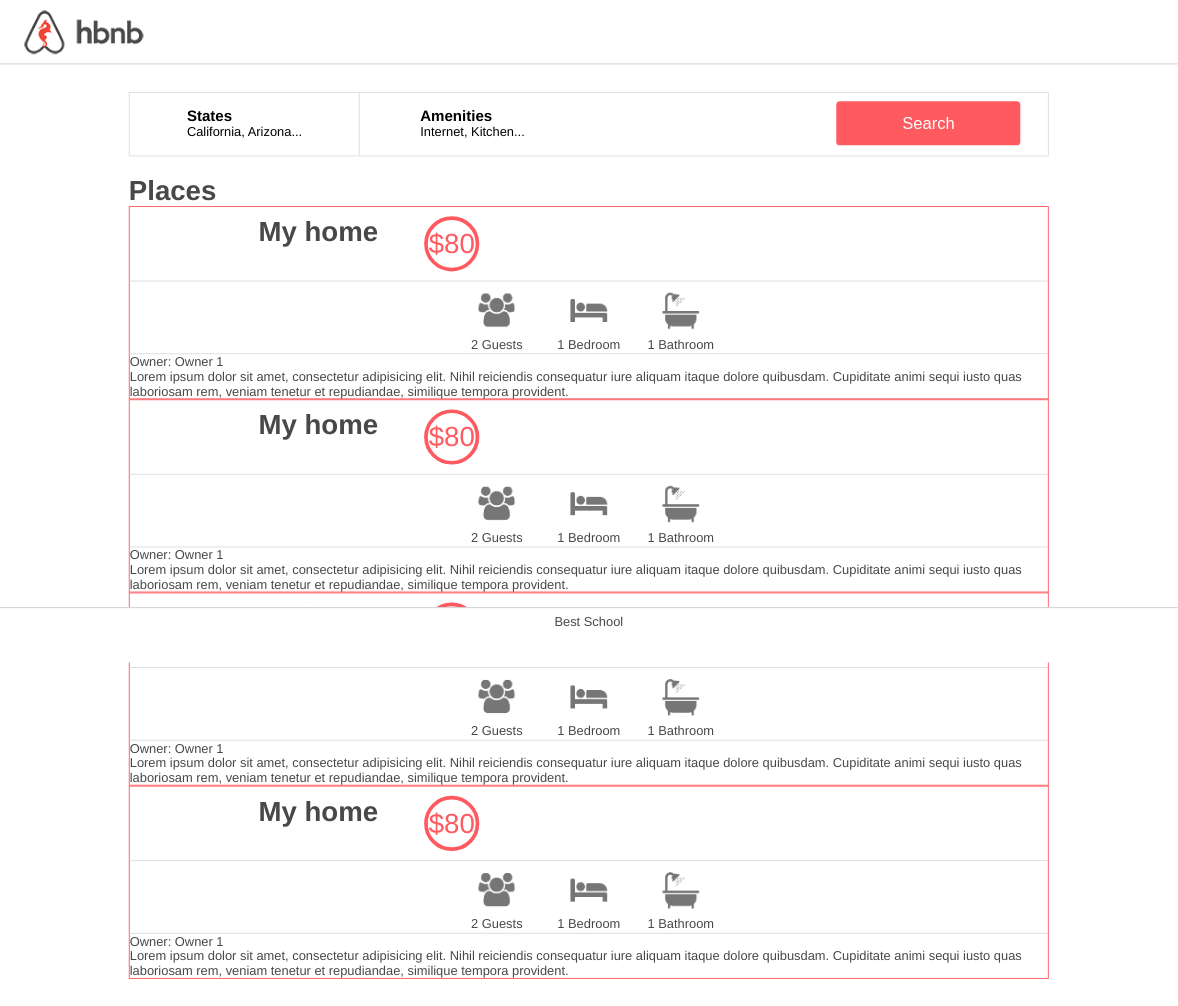
Repository: Eng-0marleves/AirBnB_clone
Page: web_static/8-index.html
These files come from the project's save history. The page is drawn as it stood at one moment and after the next save; the edit follows.
The browser window is 1280 px wide. The pictures show the whole page, at 92% of full size.

Above is the page before, as saved 2023-12-18 07:13:00.

### web_static/8-index.html
<!DOCTYPE html>
<html lang="en">

<head>
	<meta charset="UTF-8">
	<meta name="viewport" content="width=device-width, initial-scale=1.0">
	<title>AirBnB Clone</title>
	<link rel="icon" href="images/icon.png">

	<link rel="stylesheet" href="styles/4-common.css">
	<link rel="stylesheet" href="styles/3-header.css">
	<link rel="stylesheet" href="styles/3-footer.css">
	<link rel="stylesheet" href="styles/6-filters.css">
	<link rel="stylesheet" href="styles/8-places.css">
</head>

<body>
	<header>
		<div class="logo"></div>
	</header>

	<div class="container">
		<section class="filters">
			<div class="locations">
				<h3 class="title">States</h3>
				<h4 class="subtitle">California, Arizona...</h4>
				<div class="dropdowen">
					<h3>Arizona:</h3>
					<ul class="popover">
						<li>
							<h4>Page 1</h4>
							<h4>Page 2</h4>
						</li>
						<h3>Arizona:</h3>
						<li>
							<h4>San Francisco</h4>
							<h4>Los Altos</h4>
						</li>
					</ul>
				</div>
			</div>
			<div class="amenities">
				<h3 class="title">Amenities</h3>
				<h4 class="subtitle">Internet, Kitchen...</h4>
				<div class="dropdowen">
					<ul>
						<h3>Internet:</h3>
						<li>
							<h4>TV</h4>
						</li>
						<h3>Kitchen:</h3>
						<li>
							<h4>Iron</h4>
						</li>
					</ul>
				</div>
			</div>
			<button>Search</button>
		</section>
		<section class="places">
			<h1>Places</h1>
			<div class="places-container">
				<article>
					<div class="header">
						<h2>My home</h2>
						<div class="price_by_night">
							$80
						</div>
					</div>
					<div class="information">
						<div class="max_guest">
							<img src="images/icon_group.png" alt="">
							<p>2 Guests</p>
						</div>
						<div class="number_rooms">
							<img src="images/icon_bed.png" alt="">
							<p>1 Bedroom</p>
						</div>
						<div class="number_bathrooms">
							<img src="images/icon_bath.png" alt="">
							<p>1 Bathroom</p>
						</div>
					</div>
					<div class="user">
						Owner: Owner 1
					</div>
					<div class="description">
						Lorem ipsum dolor sit amet, consectetur adipisicing elit. Nihil reiciendis consequatur iure
						aliquam itaque dolore quibusdam. Cupiditate animi sequi iusto quas laboriosam rem, veniam
						tenetur et repudiandae, similique tempora provident.
					</div>
				</article>
				<article>
					<div class="header">
						<h2>My home</h2>
						<div class="price_by_night">
							$80
						</div>
					</div>
					<div class="information">
						<div class="max_guest">
							<img src="images/icon_group.png" alt="">
							<p>2 Guests</p>
						</div>
						<div class="number_rooms">
							<img src="images/icon_bed.png" alt="">
							<p>1 Bedroom</p>
						</div>
						<div class="number_bathrooms">
							<img src="images/icon_bath.png" alt="">
							<p>1 Bathroom</p>
						</div>
					</div>
					<div class="user">
						Owner: Owner 1
					</div>
					<div class="description">
						Lorem ipsum dolor sit amet, consectetur adipisicing elit. Nihil reiciendis consequatur iure
						aliquam itaque dolore quibusdam. Cupiditate animi sequi iusto quas laboriosam rem, veniam
						tenetur et repudiandae, similique tempora provident.
					</div>
				</article>
				<article>
					<div class="header">
						<h2>My home</h2>
						<div class="price_by_night">
							$80
						</div>
					</div>
					<div class="information">
						<div class="max_guest">
							<img src="images/icon_group.png" alt="">
							<p>2 Guests</p>
						</div>
						<div class="number_rooms">
							<img src="images/icon_bed.png" alt="">
							<p>1 Bedroom</p>
						</div>
						<div class="number_bathrooms">
							<img src="images/icon_bath.png" alt="">
							<p>1 Bathroom</p>
						</div>
					</div>
					<div class="user">
						Owner: Owner 1
					</div>
					<div class="description">
						Lorem ipsum dolor sit amet, consectetur adipisicing elit. Nihil reiciendis consequatur iure
						aliquam itaque dolore quibusdam. Cupiditate animi sequi iusto quas laboriosam rem, veniam
						tenetur et repudiandae, similique tempora provident.
					</div>
				</article>
				<article>
					<div class="header">
						<h2>My home</h2>
						<div class="price_by_night">
							$80
						</div>
					</div>
					<div class="information">
						<div class="max_guest">
							<img src="images/icon_group.png" alt="">
							<p>2 Guests</p>
						</div>
						<div class="number_rooms">
							<img src="images/icon_bed.png" alt="">
							<p>1 Bedroom</p>
						</div>
						<div class="number_bathrooms">
							<img src="images/icon_bath.png" alt="">
							<p>1 Bathroom</p>
						</div>
					</div>
					<div class="user">
						Owner: Owner 1
					</div>
					<div class="description">
						Lorem ipsum dolor sit amet, consectetur adipisicing elit. Nihil reiciendis consequatur iure
						aliquam itaque dolore quibusdam. Cupiditate animi sequi iusto quas laboriosam rem, veniam
						tenetur et repudiandae, similique tempora provident.
					</div>
				</article>
			</div>
		</section>
	</div>

	<footer>
		<p>Best School</p>
	</footer>
</body>

</html>

### web_static/styles/4-common.css
* {
  margin: 0;
  padding: 0;
  box-sizing: border-box;
  list-style: none;
}
body {
  margin: 0;
  padding: 0;
  color: #484848;
  font-size: 14px;
  font-family: Circular, "Helvetica Neue", Helvetica, Arial, sans-serif;
}

### web_static/styles/3-header.css
header {
  color: white;
  height: 70px;
  width: 100%;
  border-bottom: 1px solid #cccccc;
}

.logo {
  height: 100%;
  background: url("../images/logo.png") no-repeat;
  background-position: left;
  margin-left: 20px;
}

### web_static/styles/3-footer.css
footer {
  background-color: white;
  height: 60px;
  width: 100%;
  border-top: 1px solid #cccccc;
  position: absolute;
  bottom: 0;
  left: 0;
}

footer p {
  text-align: center;
  padding: 6px;
}

### web_static/styles/6-filters.css
.container {
  max-width: 1000px;
  margin: 30px auto;
}

.filters {
  color: white;
  height: 70px;
  width: 100%;
  border: 1px solid #dddddd;
}

.container button {
  display: block;
  font-size: 18px;
  color: #ffffff;
  background: #ff5a5f;
  height: 48px;
  width: 20%;
  border-radius: 4px;
  border: none;
  margin-left: auto;
  margin-right: 30px;
  margin-top: calc((70px + 48px) / 2 * -1);
}

.container button:hover {
  opacity: 90%;
}

.filters div {
  width: 25%;
  height: 100%;
  display: inline-block;
  color: #000;
  text-align: left;
  vertical-align: top;
  position: relative;
}

.filters div:first-child {
  border-right: 1px solid #dddddd;
}

.filters div .title {
  font-weight: 600;
  text-align: left;
  margin-left: 25%;
  margin-top: calc((70px - 40px) / 2);
}

.filters div .subtitle {
  font-weight: 400;
  font-size: 14px;
  text-align: left;
  margin-left: 25%;
}

.filters div:hover .dropdowen {
  display: block;
}

.filters div .dropdowen {
  display: none;
  position: absolute;
  top: 100%;
  left: 0;
  width: 100%;
  height: fit-content;
  background-color: #fafafa;
  border: 1px solid #dddddd;
  border-radius: 4px;
  box-shadow: 0 2px 4px rgba(0, 0, 0, 0.1);
}

.filters div .dropdowen h3 {
  font-size: 16px;
  margin: 10px;
}

.filters div .dropdowen li {
  margin: 5px 20px;
}

.filters div .title {
  font-weight: 600;
  text-align: left;
}

.filters div .subtitle {
  font-weight: 400;
  font-size: 14px;
  text-align: left;
}

### web_static/styles/8-places.css
.places {
  margin-top: 20px;
}

.places h1 {
  font-size: 30px;
}

.places .places-container {
  display: flex;
  justify-content: space-around;
  align-items: center;
  flex-wrap: wrap;
}

.places article {
  border: 1px solid #ff5a5f;
}

.places article .header {
  width: 390px;
  padding: 10px;
  display: flex;
  justify-content: flex-end;
}

.places article .header h2 {
  font-size: 30px;
  text-align: center;
  margin-right: 50px;
}

.places article .header .price_by_night {
  color: #ff5a5f;
  border: 4px solid #ff5a5f;
  min-width: 60px;
  height: 60px;
  font-size: 30px;
  display: flex;
  justify-content: center;
  align-items: center;
  border-radius: 50%;
}

.places article .information {
  /* width: 100%; */
  height: 80px;
  border-top: 1px solid #dddddd;
  border-bottom: 1px solid #dddddd;
  padding: 5px 20px 0 20px;
  display: flex;
  justify-content: center;
  align-items: center;
  flex-direction: row;
  flex-wrap: wrap;
  text-align: center;
}

.places article .information div {
  width: 100px;
}

.places article .user {
  width: 200px;
}

After the next save:
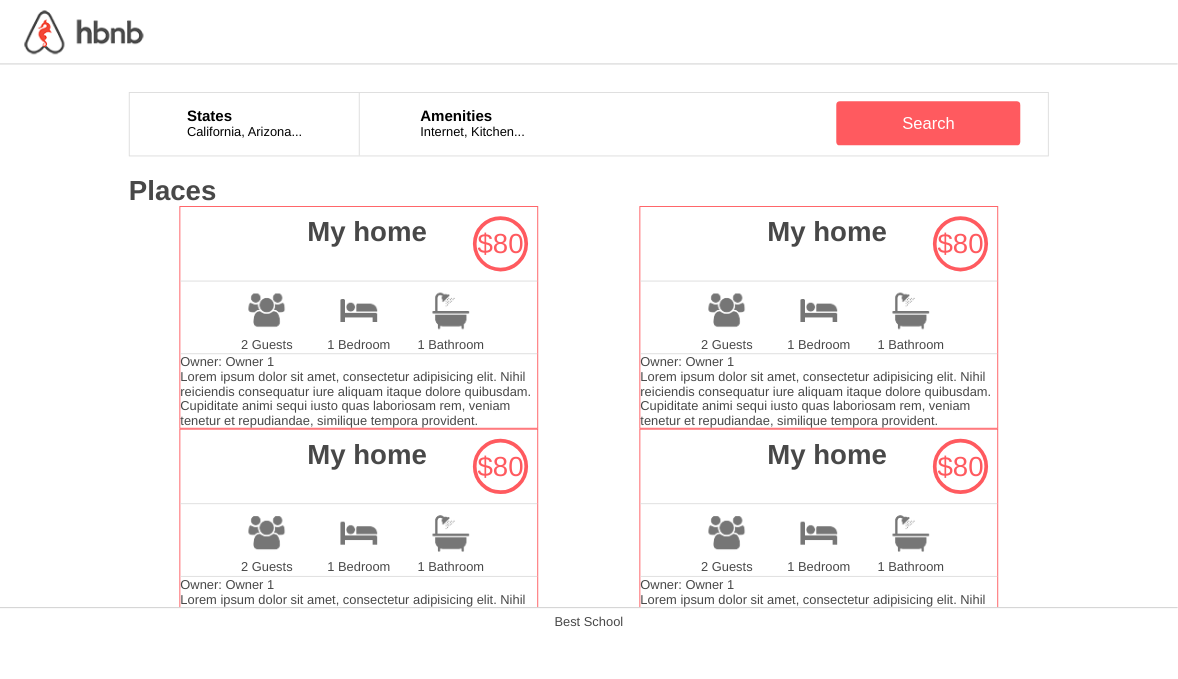
Saved 20 s later.
--- a/web_static/styles/8-places.css
+++ b/web_static/styles/8-places.css
@@ -14,11 +14,12 @@
 }
 
 .places article {
+  width: 390px;
+
   border: 1px solid #ff5a5f;
 }
 
 .places article .header {
-  width: 390px;
   padding: 10px;
   display: flex;
   justify-content: flex-end;
@@ -61,5 +62,4 @@
 }
 
 .places article .user {
-  width: 200px;
 }
